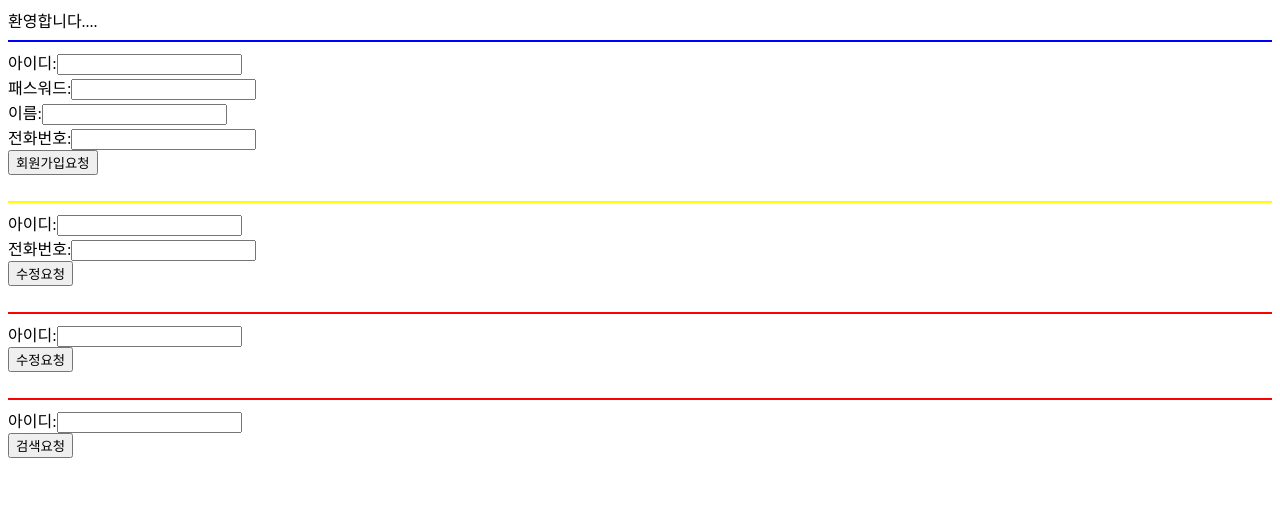
Repository: Yusubin/workEx
Page: spring00/src/main/webapp/index.html
These files come from the project's save history. The page is drawn as it stood at one moment and after the next save; the edit follows.
The browser window is 1280 px wide. The pictures show the whole page.

Above is the page before, as saved 2022-02-15 07:01:37.

After the next save:
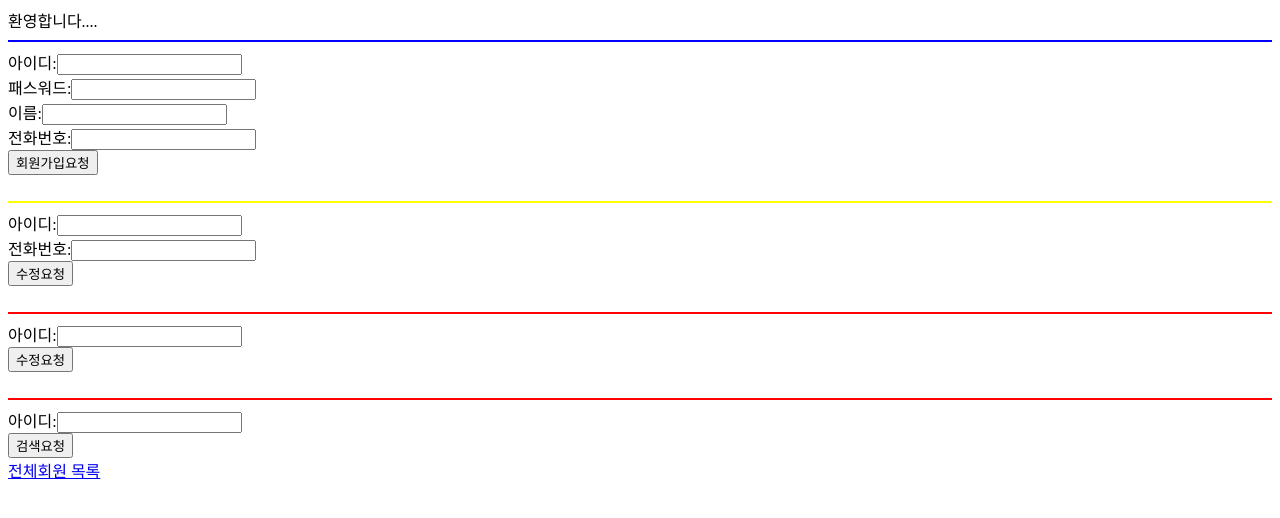
Saved 92 s later.
--- a/spring00/src/main/webapp/index.html
+++ b/spring00/src/main/webapp/index.html
@@ -36,5 +36,8 @@
 		아이디:<input type="text" name="id"><br>
 		<button>검색요청</button>
 	</form>
+
+
+	<a href="list.jsp">전체회원 목록</a>
 </body>
 </html>
